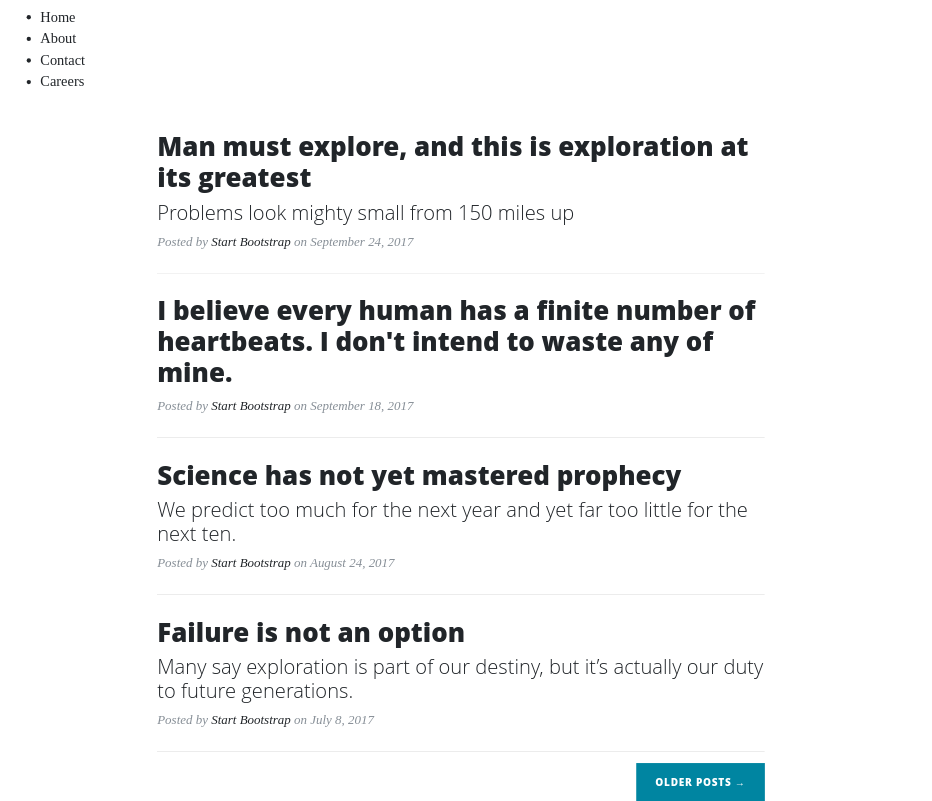
Repository: williamhbcodeinstitute/Flask
Page: http://localhost/
The author's editor kept a record of every edit. The page is drawn from the files as they stood at one moment, then again after the next edit.
The browser window is 1280 px wide. The page is 1295 px wide, then 1280 px, so the pictures cover 1295 px, including what lies to the right of the window. The pictures show the whole page, at 72% of full size.
The page is served by the project's application, run on Flask 3 (run.py).

Above is the page before.

After the next edit:
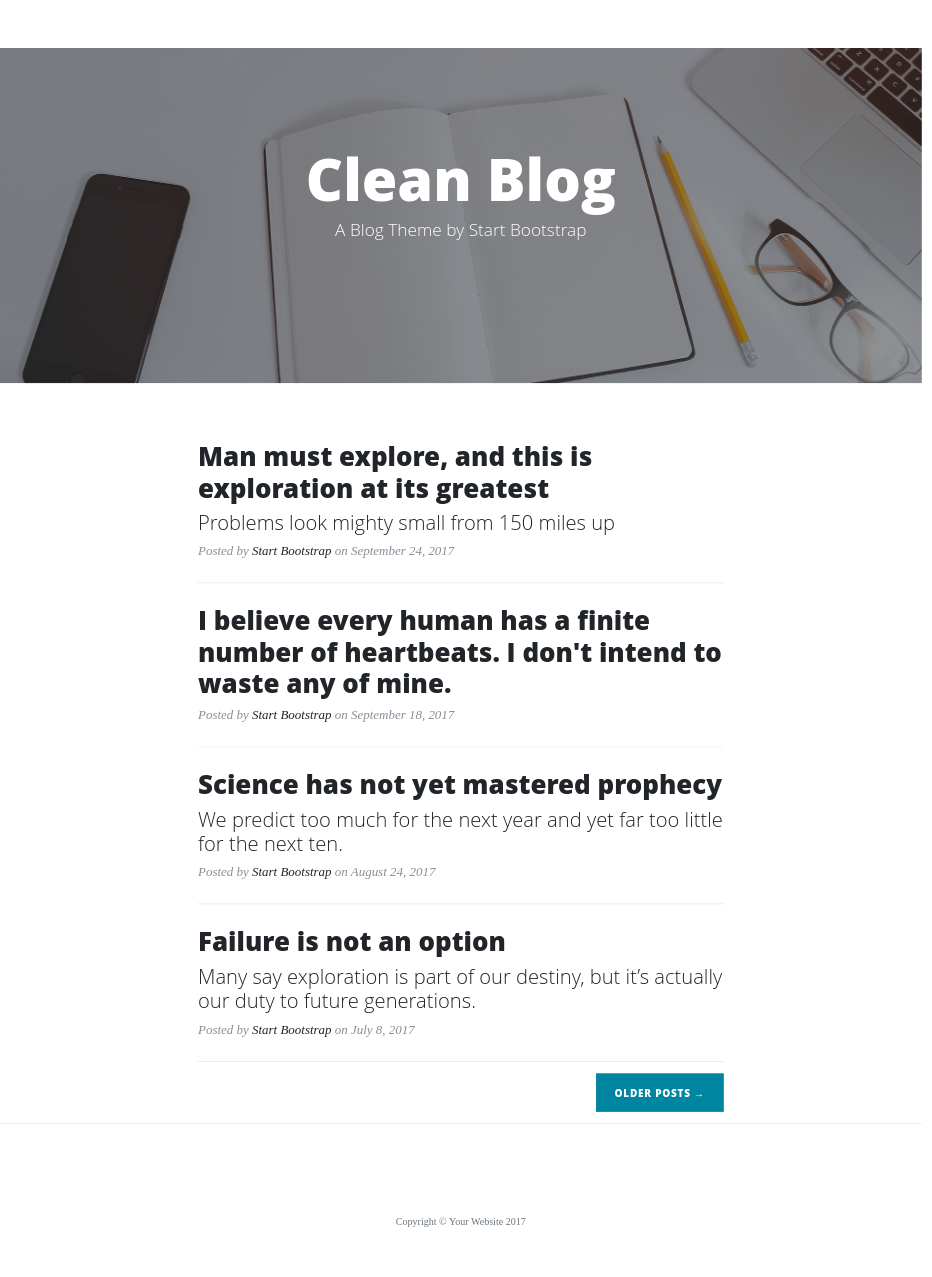
The edit:
--- a/templates/base.html
+++ b/templates/base.html
@@ -10,17 +10,98 @@
 </head>
 <body>
 
-    <nav class = "navbar">
-        <ul>
-            <li><a href="{{ url_for('index') }}">Home</a></li>
-            <li><a href="{{ url_for('about') }}">About</a></li>
-            <li><a href="{{ url_for('contact') }}">Contact</a></li>
-            <li><a href="{{ url_for('careers') }}">Careers</a></li>
-        </ul>
+   <!-- Navigation -->
+    <nav class="navbar navbar-expand-lg navbar-light fixed-top" id="mainNav">
+        <div class="container">
+            <a class="navbar-brand" href="index.html">Start Bootstrap</a>
+            <button class="navbar-toggler navbar-toggler-right" type="button" data-toggle="collapse" data-target="#navbarResponsive" aria-controls="navbarResponsive" aria-expanded="false" aria-label="Toggle navigation">
+          Menu
+          <i class="fa fa-bars"></i>
+        </button>
+            <div class="collapse navbar-collapse" id="navbarResponsive">
+                <ul class="navbar-nav ml-auto">
+                    <li class="nav-item">
+                        <a class="nav-link" href="{{ url_for('index') }}">Home</a>
+                    </li>
+                    <li class="nav-item">
+                        <a class="nav-link" href="{{ url_for('about') }}">About</a>
+                    </li>
+                    <li class="nav-item">
+                        <a class="nav-link" href="{{ url_for('contact') }}">Contact</a>
+                    </li>
+                    <li class="nav-item">
+                        <a class="nav-link" href="{{ url_for('careers') }}">Careers</a>
+                    </li>
+                </ul>
+            </div>
+        </div>
     </nav>
 
-    {% block content %}
-    {% endblock %}
+    <!-- Page Header -->
+    <header class="masthead" style="background-image: url('{{ url_for('static', filename='img/home-bg.jpg') }}">
+        <div class="overlay"></div>
+        <div class="container">
+            <div class="row">
+                <div class="col-lg-8 col-md-10 mx-auto">
+                    <div class="site-heading">
+                        <h1>Clean Blog</h1>
+                        <span class="subheading">A Blog Theme by Start Bootstrap</span>
+                    </div>
+                </div>
+            </div>
+        </div>
+    </header>
+
+    <!-- Main Content -->
+    <div class="container">
+        {% block content %} {% endblock %}
+    </div>
+
+    <hr>
+
+    <!-- Footer -->
+    <footer>
+        <div class="container">
+            <div class="row">
+                <div class="col-lg-8 col-md-10 mx-auto">
+                    <ul class="list-inline text-center">
+                        <li class="list-inline-item">
+                            <a href="#">
+                                <span class="fa-stack fa-lg">
+                    <i class="fa fa-circle fa-stack-2x"></i>
+                    <i class="fa fa-twitter fa-stack-1x fa-inverse"></i>
+                  </span>
+                            </a>
+                        </li>
+                        <li class="list-inline-item">
+                            <a href="#">
+                                <span class="fa-stack fa-lg">
+                    <i class="fa fa-circle fa-stack-2x"></i>
+                    <i class="fa fa-facebook fa-stack-1x fa-inverse"></i>
+                  </span>
+                            </a>
+                        </li>
+                        <li class="list-inline-item">
+                            <a href="#">
+                                <span class="fa-stack fa-lg">
+                    <i class="fa fa-circle fa-stack-2x"></i>
+                    <i class="fa fa-github fa-stack-1x fa-inverse"></i>
+                  </span>
+                            </a>
+                        </li>
+                    </ul>
+                    <p class="copyright text-muted">Copyright &copy; Your Website 2017</p>
+                </div>
+            </div>
+        </div>
+    </footer>
+
+    <!-- Bootstrap core JavaScript -->
+    <script src="{{ url_for('static', filename='vendor/jquery/jquery.min.js') }}"></script>
+    <script src="{{ url_for('static', filename='vendor/bootstrap/js/bootstrap.bundle.min.js') }}"></script>
+
+    <!-- Custom scripts for this template -->
+    <script src="{{ url_for('static', filename='js/clean-blog.min.js') }}"></script>
 
 
 </body>
